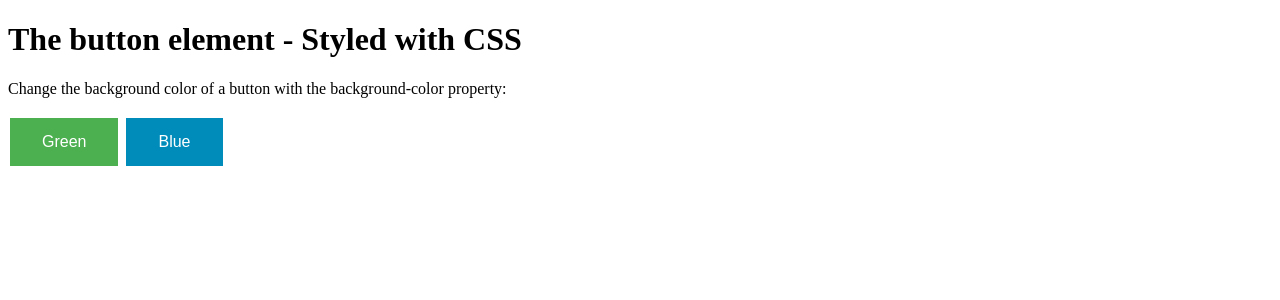
Repository: Shreya200012/FoodBox
Page: http://localhost/foodWeb/adminhome.jsp
The author's editor kept a copy of each file at every save. The page is drawn from the files as they stood at one save, then again after the next save.
The browser window is 1280 px wide. The pictures show the whole page.
The page is served by Tomcat 9.

Above is the page before, as saved 2022-06-14 11:45:20.

After the next save:
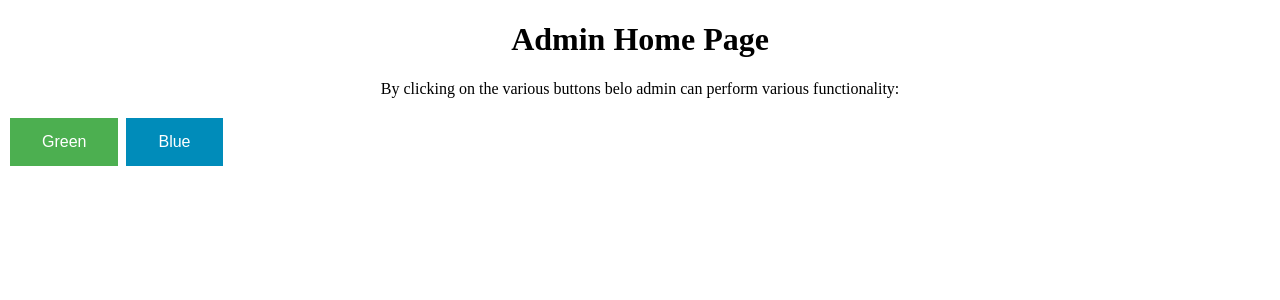
Saved 68 s later.
--- a/foodWeb/src/main/webapp/adminhome.jsp
+++ b/foodWeb/src/main/webapp/adminhome.jsp
@@ -22,8 +22,8 @@
 </head>
 <body>
 
-<h1>The button element - Styled with CSS</h1>
-<p>Change the background color of a button with the background-color property:</p>
+<h1 align="center">Admin Home Page</h1>
+<p align="center">By clicking on the various buttons belo admin can perform various functionality: </p>
 
 <button class="button button1">Green</button>
 <button class="button button2">Blue</button>
